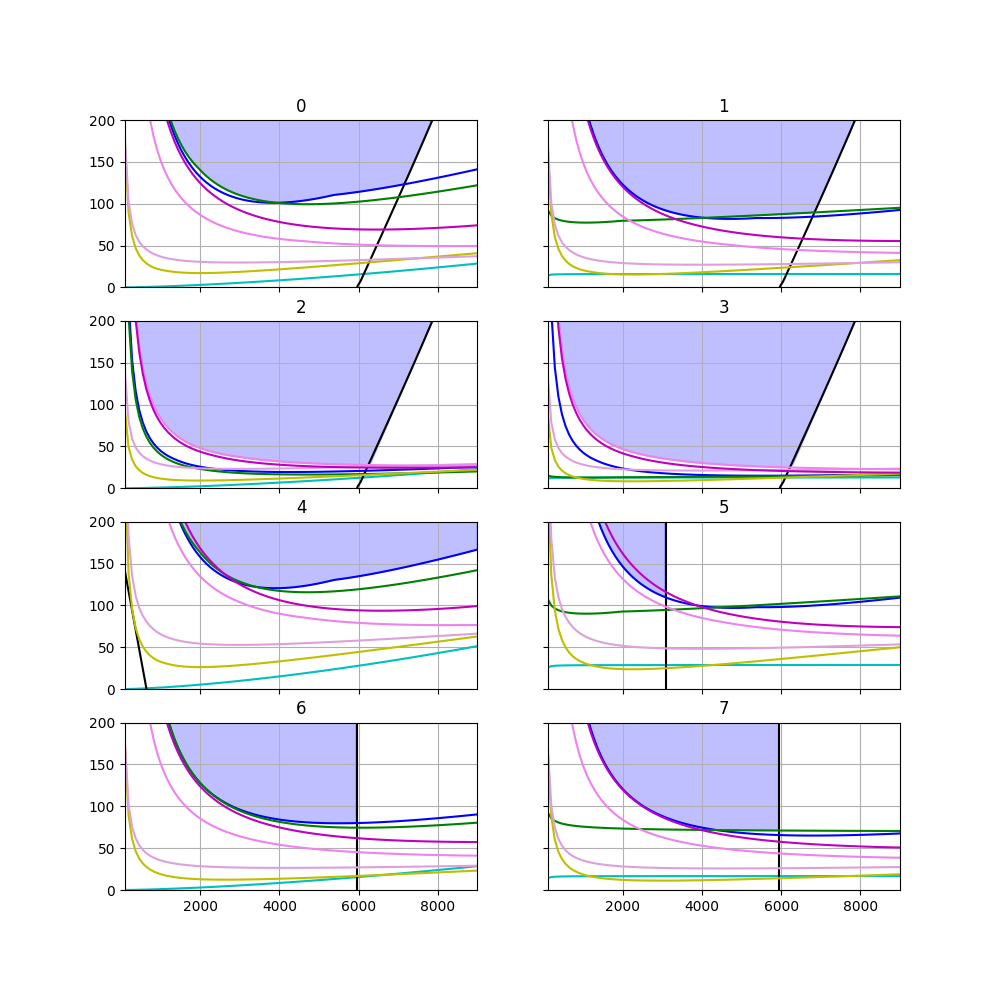
Repository: 12libao/DEA
Script's output: python Sizing_Method/ConstrainsAnalysis/ConstrainsAnalysisPDP1P2.py
An editor plug-in stored every save of this project. The script's output is shown before and after a run of saves, followed by the edit.
Random numbers start from a fixed seed.

Above is the script's output before, as saved 2021-07-12 15:21:12.

After the next 2 saves:
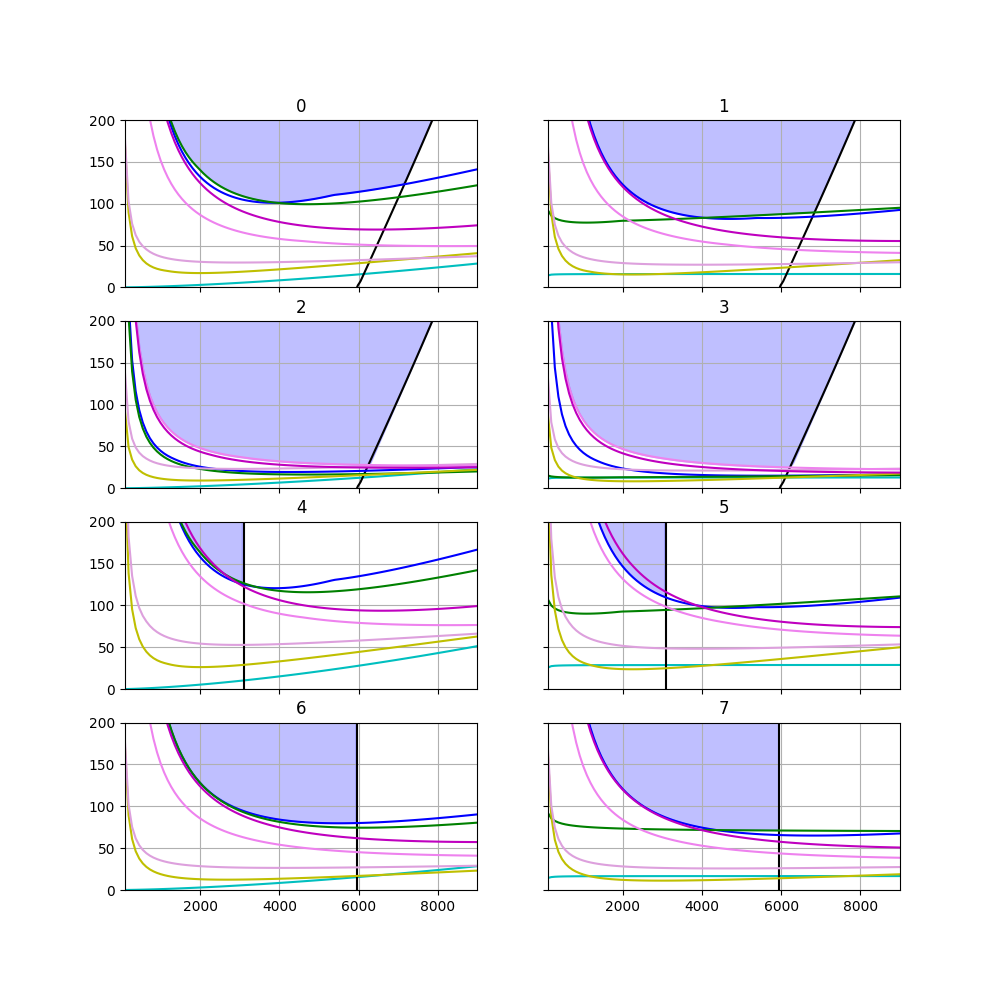
The 2 saves are shown as one change because they came seconds apart.
The last was saved 2 min 14 s later.
--- a/Sizing_Method/ConstrainsAnalysis/ConstrainsAnalysisPDP1P2.py
+++ b/Sizing_Method/ConstrainsAnalysis/ConstrainsAnalysisPDP1P2.py
@@ -542,9 +542,6 @@ if __name__ == "__main__":
                         p_w[i, j, 5] = p_w[i, j, 1] + p_w[i, j, 3]
 
             if i == 1:
-                if k==4 or k==5:
-                    p_w[i, :, 4] = -p_w[i, :, 0]
-
                 ax[k].plot(p_w[i, :, k], np.linspace(0, 250, n), color=color[i], label=constrains_name[i])
             else:
                 ax[k].plot(w_s, p_w[i, :, k], color=color[i], label=constrains_name[i])
